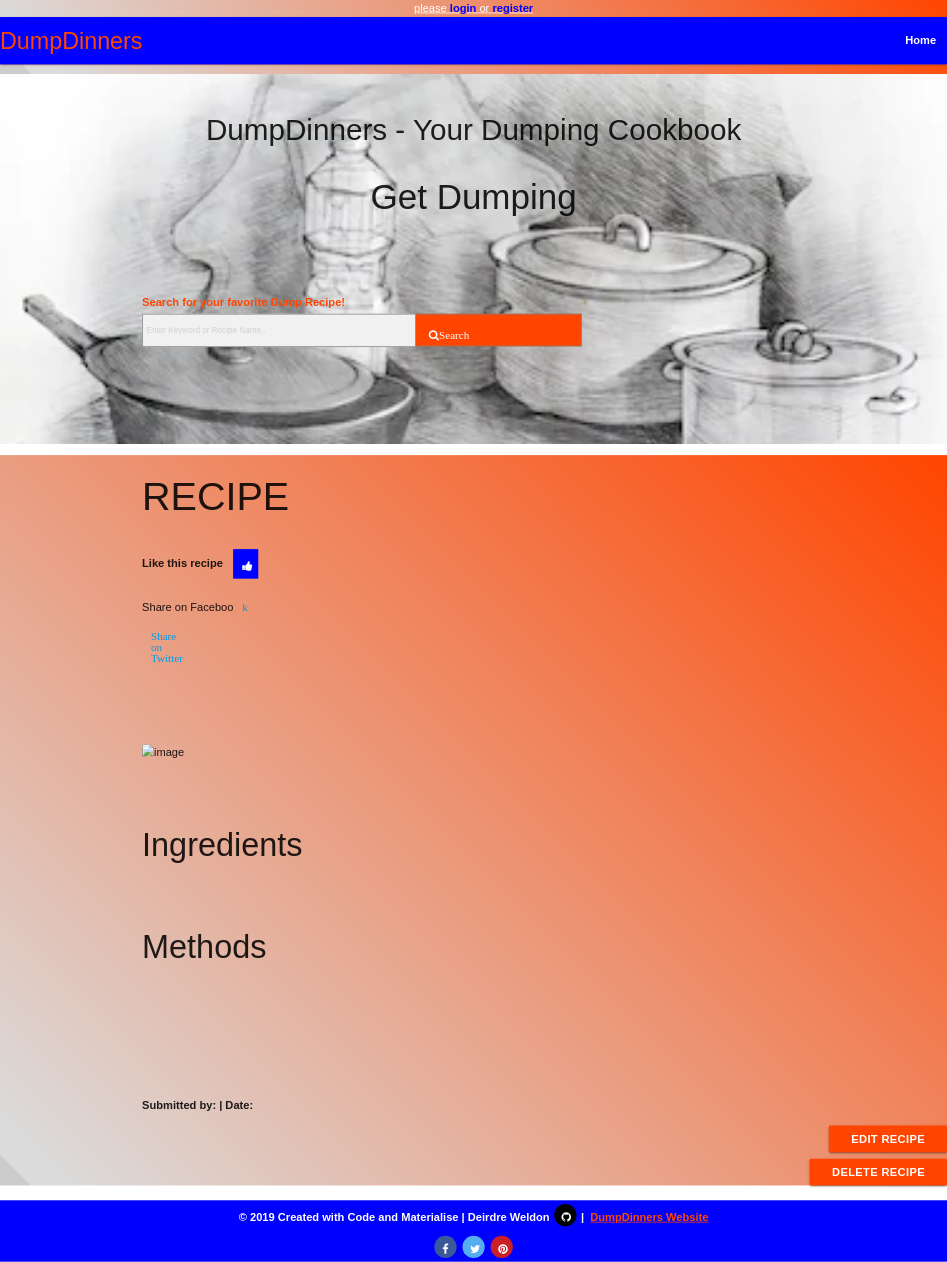
Repository: Deirdre18/dumpdinners-recipe-app
Page: templates/recipe.html
The author's editor kept a record of every edit. The page is drawn from the files as they stood at one moment, then again after the next edit.
The browser window is 1280 px wide. The pictures show the whole page, at 74% of full size.
Some web libraries are served in a nearby version. The page is served by the project's application, run on Flask 3 (app.py). The template is opened directly, without the code that normally fills it, so the values that code supplies are empty.

Above is the page before.

After the next edit:
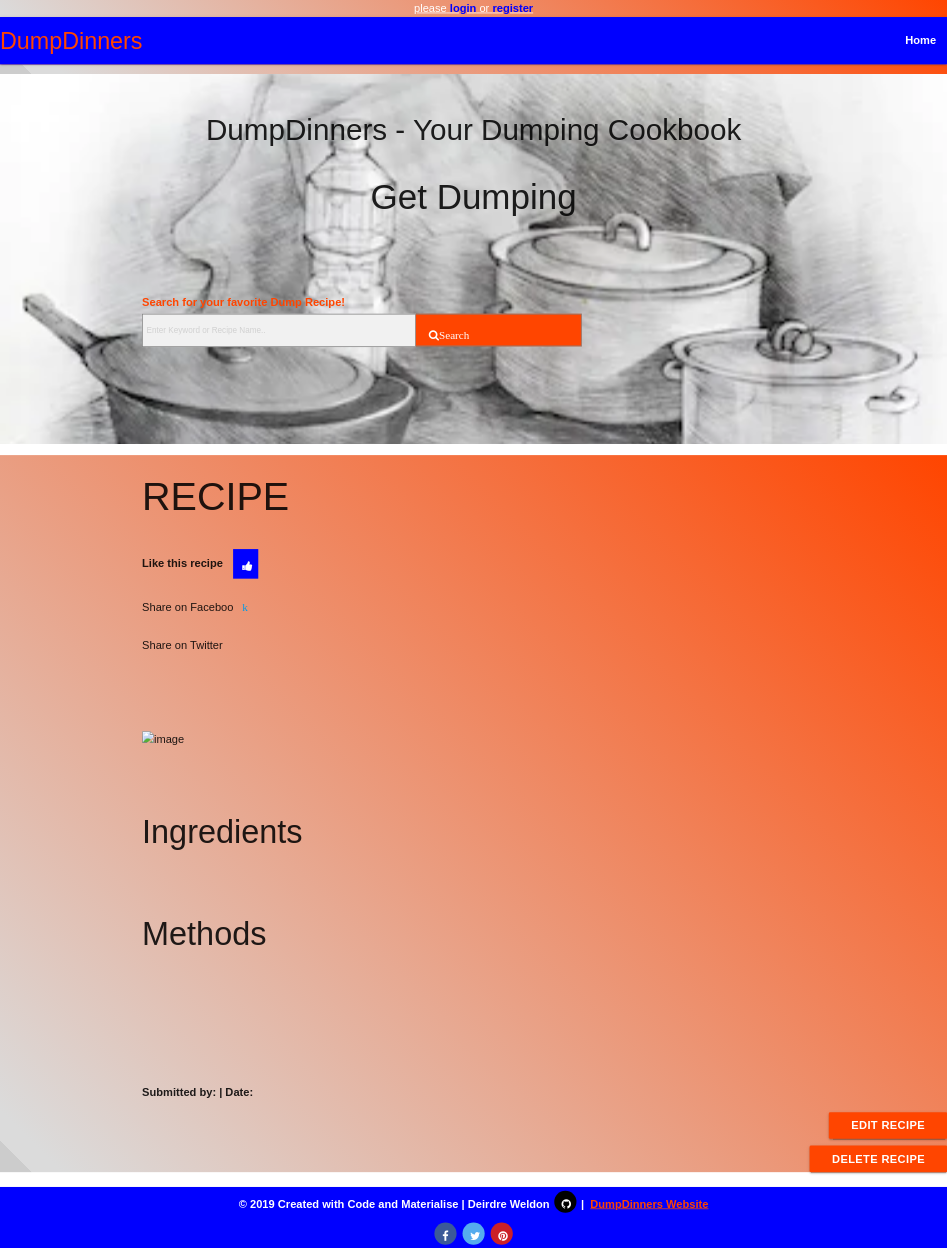
The edit:
--- a/templates/recipe.html
+++ b/templates/recipe.html
@@ -39,7 +39,7 @@
 				</li>
 
 				<li>
-					<a href="https://twitter.com/intent/tweet"><i class="fa twitter" aria-hidden="true">Share on Twitter</i></a>
+					Share on Twitter<a href="https://twitter.com/intent/tweet"><i class="fa twitter" aria-hidden="true"></i></a>
 				</li>
 			<ul>
 		</div>
